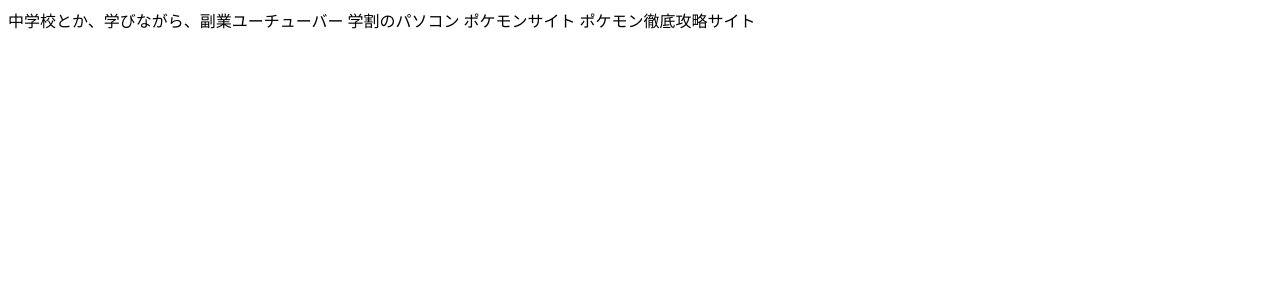
Repository: KustomApe/ksie
Page: test.html
These files come from the project's save history. The page is drawn as it stood at one moment and after a run of saves; the edit follows.
The browser window is 1280 px wide. The pictures show the whole page.

Above is the page before, as saved 2021-04-10 14:02:08.

After the next 3 saves:
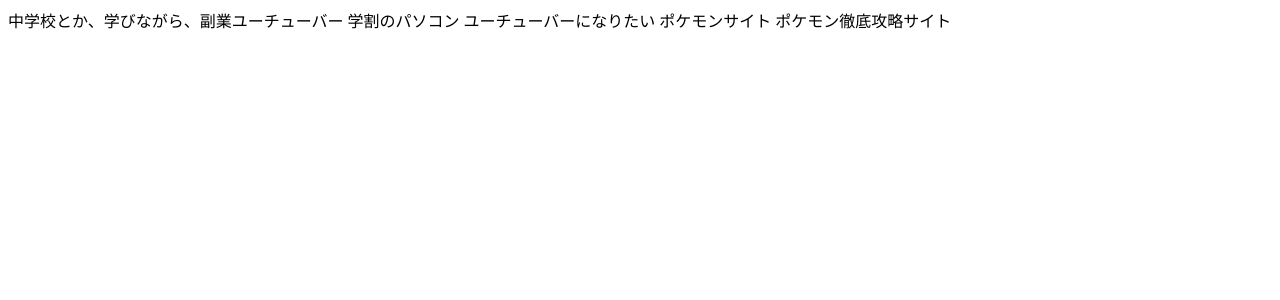
The 3 saves are shown as one change because they came seconds apart.
The last was saved 81 s later.
--- a/test.html
+++ b/test.html
@@ -1,5 +1,6 @@
 中学校とか、学びながら、副業ユーチューバー
 学割のパソコン
+ユーチューバーになりたい
 
 ポケモンサイト
 ポケモン徹底攻略サイト
